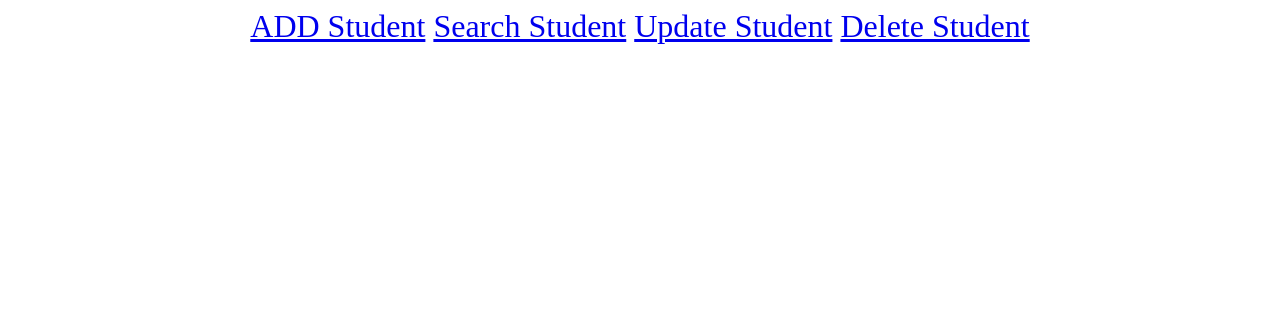
Repository: ratnesh1521/NewRepo
Page: spring-Core/mvn_Project/studentApp/src/main/webapp/menu.html
These files come from the project's save history. The page is drawn as it stood at one moment and after the next save; the edit follows.
The browser window is 1280 px wide. The pictures show the whole page.

Above is the page before, as saved 2018-07-16 11:35:17.

### spring-Core/mvn_Project/studentApp/src/main/webapp/menu.html
<!DOCTYPE html PUBLIC "-//W3C//DTD HTML 4.01 Strict//EN" "http://www.w3.org/TR/html4/strict.dtd">
<html>
<head>
<meta http-equiv="Content-Type" content="text/html; charset=ISO-8859-1">
<title>Insert title here</title>
</head>
<body>
<center>
<font bgcolor="lightyellow" size="6">
<a href="./addform.html" target="body">ADD Student</a>
<a href="./searchform.html" target="body">Search Student</a>
<a href="./updateform.html" target="body">Update Student</a>
<a href="./deleteform.html" target="body">Delete Student</a>
</font>
</center>

</body>
</html>

After the next save:
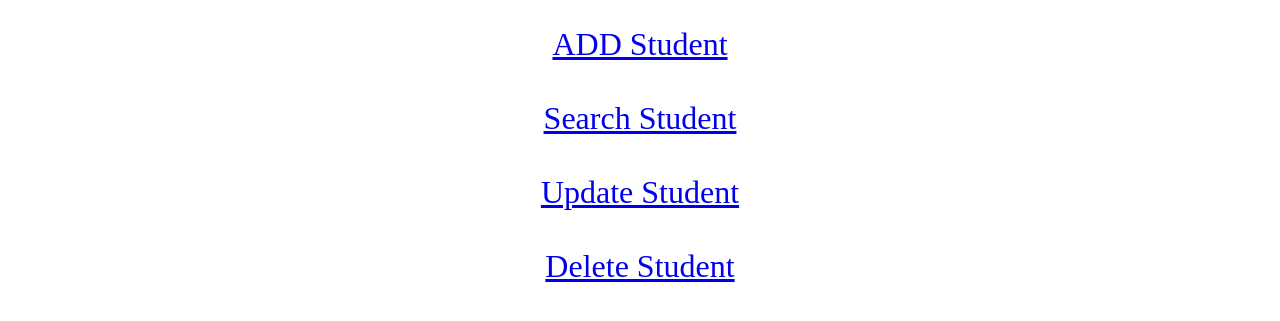
Saved 2 min 31 s later.
--- a/spring-Core/mvn_Project/studentApp/src/main/webapp/menu.html
+++ b/spring-Core/mvn_Project/studentApp/src/main/webapp/menu.html
@@ -5,12 +5,13 @@
 <title>Insert title here</title>
 </head>
 <body>
+<br>
 <center>
 <font bgcolor="lightyellow" size="6">
-<a href="./addform.html" target="body">ADD Student</a>
-<a href="./searchform.html" target="body">Search Student</a>
-<a href="./updateform.html" target="body">Update Student</a>
-<a href="./deleteform.html" target="body">Delete Student</a>
+<a href="./addform.html" target="body">ADD Student</a><br><br>
+<a href="./searchform.html" target="body">Search Student</a><br><br>
+<a href="./updateform.html" target="body">Update Student</a><br><br>
+<a href="./deleteform.html" target="body">Delete Student</a><br><br>
 </font>
 </center>
 
